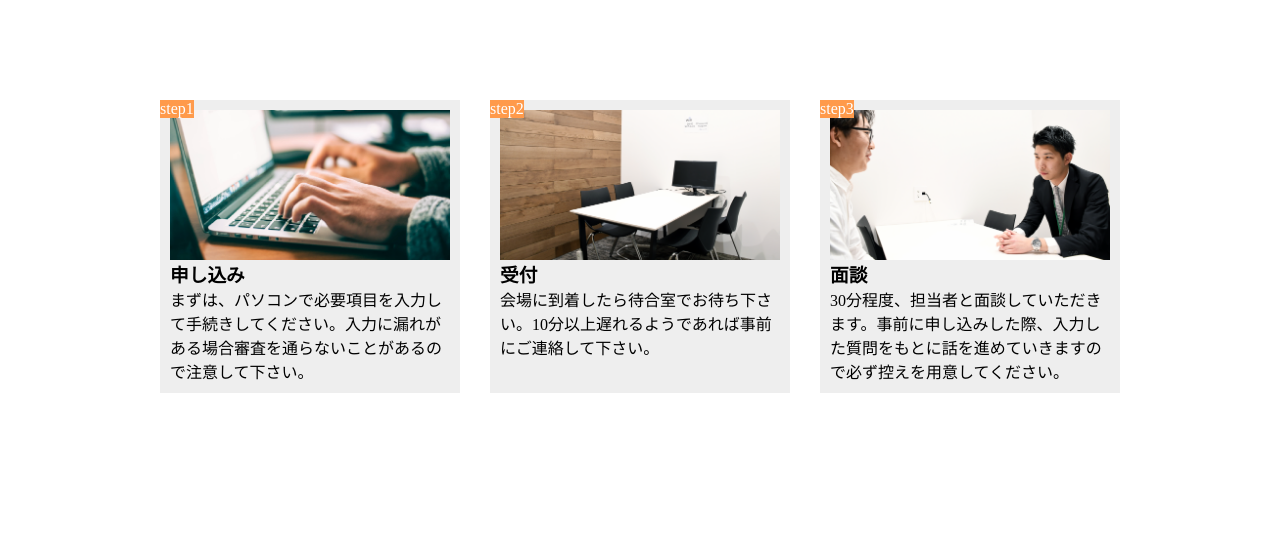
Repository: artD07/-1
Page: 9章演習2/9章演習2.html
The author's editor kept a record of every edit. The page is drawn from the files as they stood at one moment, then again after the next edit.
The browser window is 1280 px wide. The pictures show the whole page.
Some web libraries are served in a nearby version.

Above is the page before.

After the next edit:
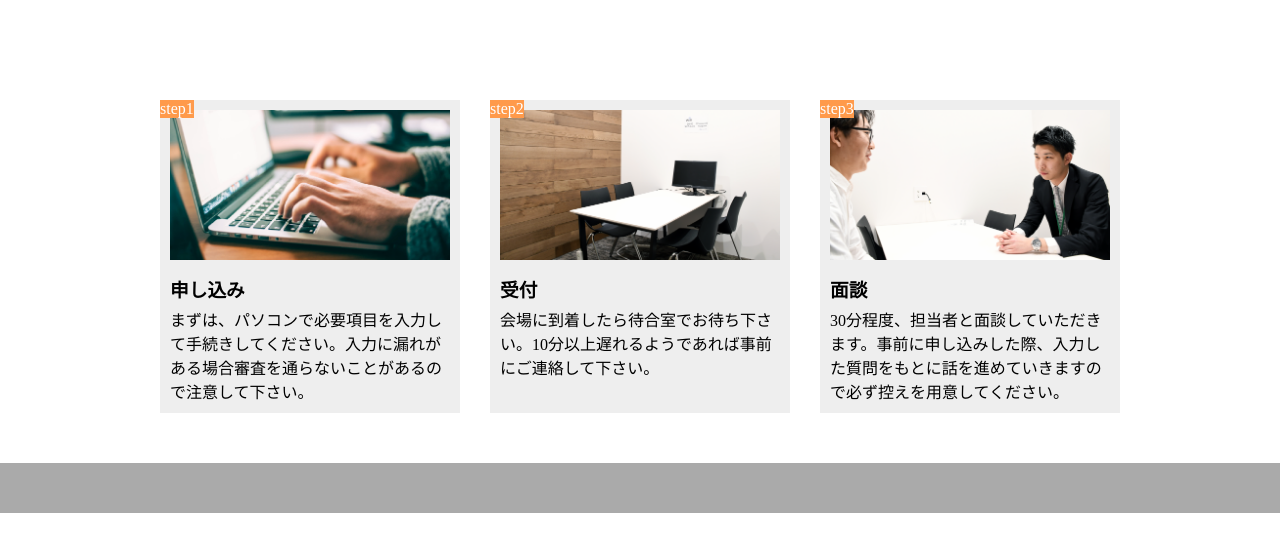
The edit:
--- a/9章演習2/9章演習.css
+++ b/9章演習2/9章演習.css
@@ -54,3 +54,12 @@
   background-color:#ff9a4b;
   color:#fff;
 }
+
+.title{
+margin :15px 0 5px;
+}
+
+footer{
+  height:50px;
+  background-color:#aaa;
+}
